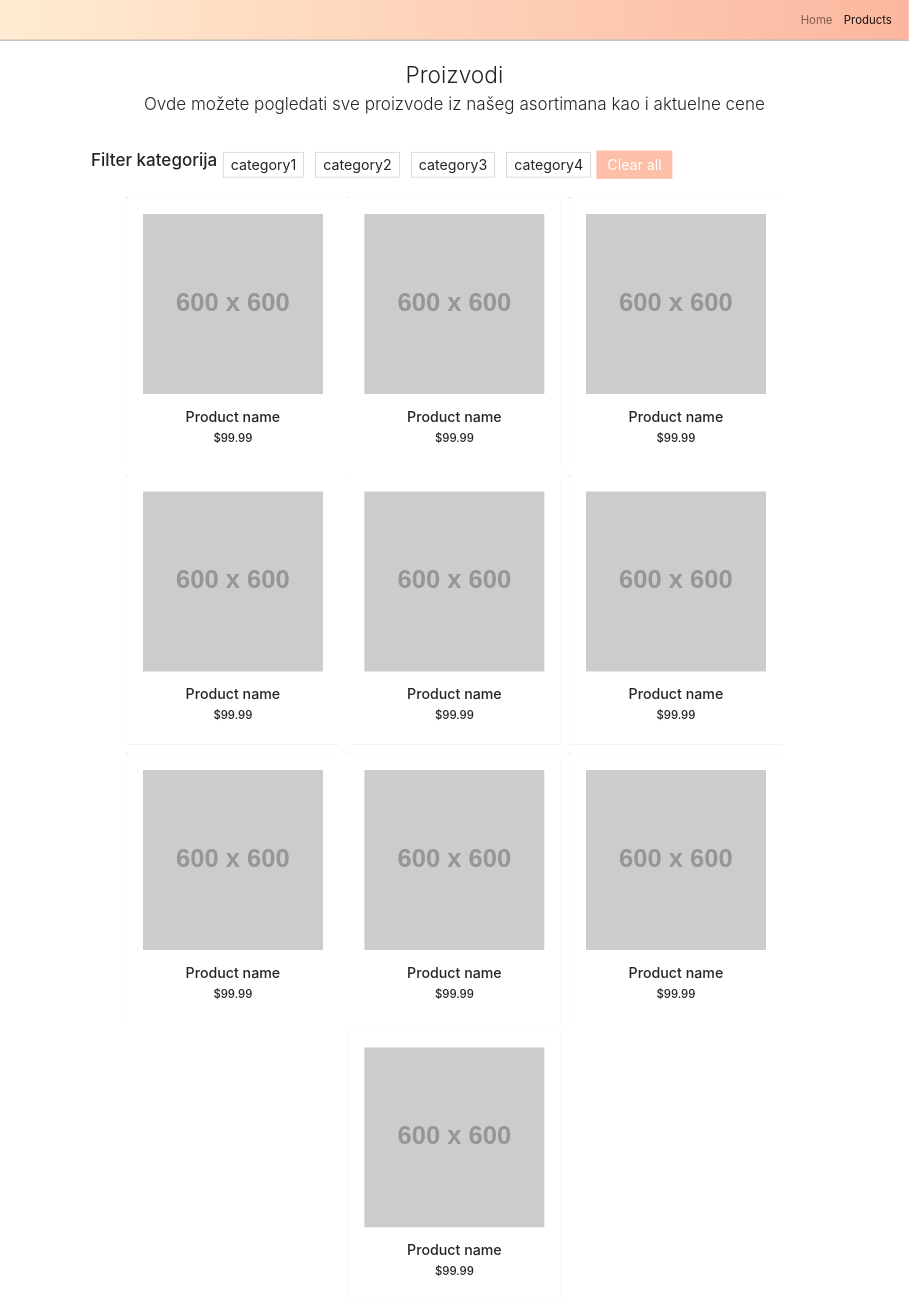
Repository: StevanFilipovic/TemplateForSinglepageWebsite
Page: products.html
These files come from the project's save history. The page is drawn as it stood at one moment and after the next save; the edit follows.
The browser window is 1280 px wide. The pictures show the whole page, at 71% of full size.
Some web libraries are served in a nearby version.

Above is the page before, as saved 2018-06-15 10:17:05.

### products.html
<!doctype html>
<html>
<head>
	<meta charset="utf-8">
	<title>One Page Scroll</title>
	<meta name="title" content="Website by Stevan" />
	<meta name="description" content="Proizvodi"/>
    <link rel="shortcut icon" id="favicon" href="">
    <meta name="viewport" content="initial-scale=1, width=device-width, maximum-scale=1, minimum-scale=1, user-scalable=no">
	<link href='http://fonts.googleapis.com/css?family=Open+Sans:300,400,700' rel='stylesheet' type='text/css'>
	<link href='http://fonts.googleapis.com/css?family=Pacifico:400' rel='stylesheet' type='text/css'>
	<script type="text/javascript" src="http://code.jquery.com/jquery-1.9.1.js"></script>
  <link href='products-page-style.css' rel='stylesheet' type='text/css'>
  <!-- Da bi koristili less potrebno je odkomentarisati donje dve linije i uraditi konverziju css-a i ubaciti u dole navedene fajlove -->
  <!-- <link rel="stylesheet/less" type="text/css" href="onepage-scrool.less" /> -->
  <!-- <link rel="stylesheet/less" type="text/css" href="styles.less" /> -->
  <!-- <script src="less.js" type="text/javascript"></script> -->
  <link rel="stylesheet" href="https://stackpath.bootstrapcdn.com/bootstrap/4.1.1/css/bootstrap.min.css" integrity="sha384-WskhaSGFgHYWDcbwN70/dfYBj47jz9qbsMId/iRN3ewGhXQFZCSftd1LZCfmhktB" crossorigin="anonymous">

<script>
    $(document).ready(function() {
  var $products = $('.grid-products'),
      $filters = $("#filters input[type='checkbox']"),
      product_filter = new ProductFilterLevel1($products, $filters);
  product_filter.init();
});

function ProductFilterLevel1(products, filters) {
  var _this = this;

  this.init = function() {
    this.products = products;
    this.filters = filters;
    this.bindEvents();
  };

  this.bindEvents = function() {
    this.filters.click(this.filterGridProducts);
    $('#none').click(this.removeAllFilters);
  };

  this.filterGridProducts = function() {
    _this.products.hide();
    var selectedFilters = _this.filters.filter(':checked');
    if (selectedFilters.length) {
      var selectedFiltersValues = [];
      selectedFilters.each(function() {
        var currentFilter = $(this);
        selectedFiltersValues.push("[data-" + currentFilter.attr('name') + "='" + currentFilter.val() + "']");
      });
      _this.products.filter(selectedFiltersValues.join(',')).show();
    } else {
      _this.products.show();
    }
  };

  this.removeAllFilters = function() {
    _this.filters.prop('checked', false);
    _this.products.show();
  }
}
</script>

</head>
<body>
        <div class="header">
                <nav class="navbar navbar-expand-lg navbar-light">
                  <!-- <a class="navbar-brand" href="#">Navbar</a> -->
                  <button class="navbar-toggler" type="button" data-toggle="collapse" data-target="#navbarNavDropdown" aria-controls="navbarNavDropdown" aria-expanded="false" aria-label="Toggle navigation">
                    <span class="navbar-toggler-icon"></span>
                  </button>
                  <div class="collapse navbar-collapse justify-content-end" id="navbarNavDropdown">
                    <ul class="navbar-nav">
                      <li class="nav-item ">
                        <a class="nav-link" href="index.html">Home </a>
                      </li>
                      <li class="nav-item active">
                        <a class="nav-link" href="products.html">Products<span class="sr-only">(current)</span></a>
                      </li>
                      </li>
                    </ul>
                  </div>
                </nav>
                </div>
<div class="intro-text">
    <h2>Proizvodi</h2>
    <h4>Ovde možete pogledati sve proizvode iz našeg asortimana kao i aktuelne cene</h4>
</div>
<div id="filters" class="products">
    <div class="filter-wrapper">
      <h4>Filter kategorija</h4>
      <label class="filter-container"><input type="checkbox" name="colour" id="category1" value="category1" ><span class="filters-title">category1</span></input></label>
      <label class="filter-container"><input type="checkbox" name="colour" id="category2" value="category2">category2</input></label>
      <label class="filter-container"><input type="checkbox" name="colour" id="category3" value="category3">category3</input></span></label>
      <label class="filter-container"><input type="checkbox" name="colour" id="category4" value="category4">category4</input></label>
    </div>
    <div>
      <input class="button-clear dugme" type="button" id="none" value="Clear all"></input>
    </div>
  </div>

          <section class="products">
                <div class="product-card grid-products" data-colour="category1">
                    <div class="product-image">
                        <img src="http://via.placeholder.com/600x600">
                    </div>
                    <div class="product-info">
                        <h5>Product name</h5>
                        <h6>$99.99</h6>
                    </div>
                </div>

                <div class="product-card grid-products" data-colour="category1">
                    <div class="product-image">
                        <img src="http://via.placeholder.com/600x600">
                    </div>
                    <div class="product-info">
                        <h5>Product name</h5>
                        <h6>$99.99</h6>
                    </div>
                </div>

                <div class="product-card grid-products" data-colour="category2">
                    <div class="product-image">
                        <img src="http://via.placeholder.com/600x600">
                    </div>
                    <div class="product-info">
                        <h5>Product name</h5>
                        <h6>$99.99</h6>
                    </div>
                </div>

                <div class="product-card grid-products" data-colour="category2">
                    <div class="product-image">
                        <img src="http://via.placeholder.com/600x600">
                    </div>
                    <div class="product-info">
                        <h5>Product name</h5>
                        <h6>$99.99</h6>
                    </div>
                </div>

                <div class="product-card grid-products" data-colour="category3">
                    <div class="product-image">
                        <img src="http://via.placeholder.com/600x600">
                    </div>
                    <div class="product-info">
                        <h5>Product name</h5>
                        <h6>$99.99</h6>
                    </div>
                </div>

                <div class="product-card grid-products" data-colour="category3">
                    <div class="product-image">
                        <img src="http://via.placeholder.com/600x600">
                    </div>
                    <div class="product-info">
                        <h5>Product name</h5>
                        <h6>$99.99</h6>
                    </div>
                </div>

                <div class="product-card grid-products" data-colour="category3">
                    <div class="product-image">
                        <img src="http://via.placeholder.com/600x600">
                    </div>
                    <div class="product-info">
                        <h5>Product name</h5>
                        <h6>$99.99</h6>
                    </div>
                </div>

                <div class="product-card grid-products" data-colour="category4">
                    <div class="product-image">
                        <img src="http://via.placeholder.com/600x600">
                    </div>
                    <div class="product-info">
                        <h5>Product name</h5>
                        <h6>$99.99</h6>
                    </div>
                </div>

                <div class="product-card grid-products" data-colour="category4">
                    <div class="product-image">
                        <img src="http://via.placeholder.com/600x600">
                    </div>
                    <div class="product-info">
                        <h5>Product name</h5>
                        <h6>$99.99</h6>
                    </div>
                </div>

                <div class="product-card grid-products" data-colour="category4">
                    <div class="product-image">
                        <img src="http://via.placeholder.com/600x600">
                    </div>
                    <div class="product-info">
                        <h5>Product name</h5>
                        <h6>$99.99</h6>
                    </div>
                </div>

            </section>

</body>
</html>

### products-page-style.css
.header{
    background-image: linear-gradient(to right, #ffecd2 0%, #fcb69f 100%);
    border-bottom: 1px solid gray;
}
.intro-text{
  margin: 30px auto 50px;
}
.intro-text h2, .intro-text h4{
  text-align: center;
    font-weight: 300;
}
.products {
	display: flex;
    flex-wrap: wrap;
    width: 90%;
    margin: auto;
    justify-content: center;
}
#filters{
  margin-bottom: 20px;
  justify-content: start;
  width: 80%;
}

.product-card {
	display: flex;
	flex-direction: column;
    max-width: 300px;
	padding: 2%;
  /* flex: 1 16%; */
  margin: 6px;

	background-color: #FFF;
	box-shadow: 0px 0px 1px 0px rgba(0,0,0,0.25);
}

.product-image img {
	width: 100%;
}

.product-info {
	margin-top: auto;
	padding-top: 20px;
	text-align: center;
}

@media ( max-width: 920px ) {

	/* .product-card {
		flex: 1 21%;
	} */

	/* .products .product-card:first-child,
	.products .product-card:nth-child(2) {
		flex: 2 46%;
	} */

}

@media ( max-width: 600px ) {

	/* .product-card {
		flex: 1 46%;
	} */

}

@media ( max-width: 480px ) {

	h1 {
		margin-bottom: 20px;
	}

	.product-filter {
		flex-direction: column;
	}

	.sort {
		align-self: flex-start;
	}

}


/* Checkmark */

/* Customize the label (the container) */
.filter-container {
    display: block;
    position: relative;
    margin: auto 8px;
    cursor: pointer;
    font-size: 20px;
    -webkit-user-select: none;
    -moz-user-select: none;
    -ms-user-select: none;
    user-select: none;
    border: 1px solid #cccccc;
    padding: 2px 10px;
  }


.filter-category{
  border: 1px solid #cccccc;
  padding: 2px 10px;
  margin: auto 8px;
}

.dugme:focus{
  background: blue;
}

  /* Hide the browser's default checkbox */
  .filter-container input {
    position: absolute;
    opacity: 0;
    cursor: pointer;
  }

  /* Create a custom checkbox */
  .checkmark {
    position: absolute;
    top: 0;
    left: 0;
    height: 30px;
    width: 30px;
    background-color: #eee;
    display: none;
  }

  /* On mouse-over, add a grey background color */
  .filter-container:hover input ~ .checkmark {
    background-color: #ccc;
  }

  /* When the checkbox is checked, add a blue background */
  .filter-container input:checked ~ .checkmark {
    background-color: #fdbfa7;
  }

  /* Create the checkmark/indicator (hidden when not checked) */
  .checkmark:after {
    content: "";
    position: absolute;
    display: none;
  }

  /* Show the checkmark when checked */
  .filter-container input:checked ~ .checkmark:after {
    display: block;
  }

  /* Style the checkmark/indicator */
  .filter-container .checkmark:after {
    left: 9px;
    top: 5px;
    width: 10px;
    height: 15px;
    border: solid white;
    border-width: 0 3px 3px 0;
    -webkit-transform: rotate(45deg);
    -ms-transform: rotate(45deg);
    transform: rotate(45deg);
  }

  .filter-wrapper{
      display: contents;
      margin-bottom: 15px;
  }

  .button-clear{
    background: #FDBFA7;
    font-size: 20px;
    color: white;
    border-style: none;
    cursor: pointer;
    padding: 5px 15px;
  }

After the next save:
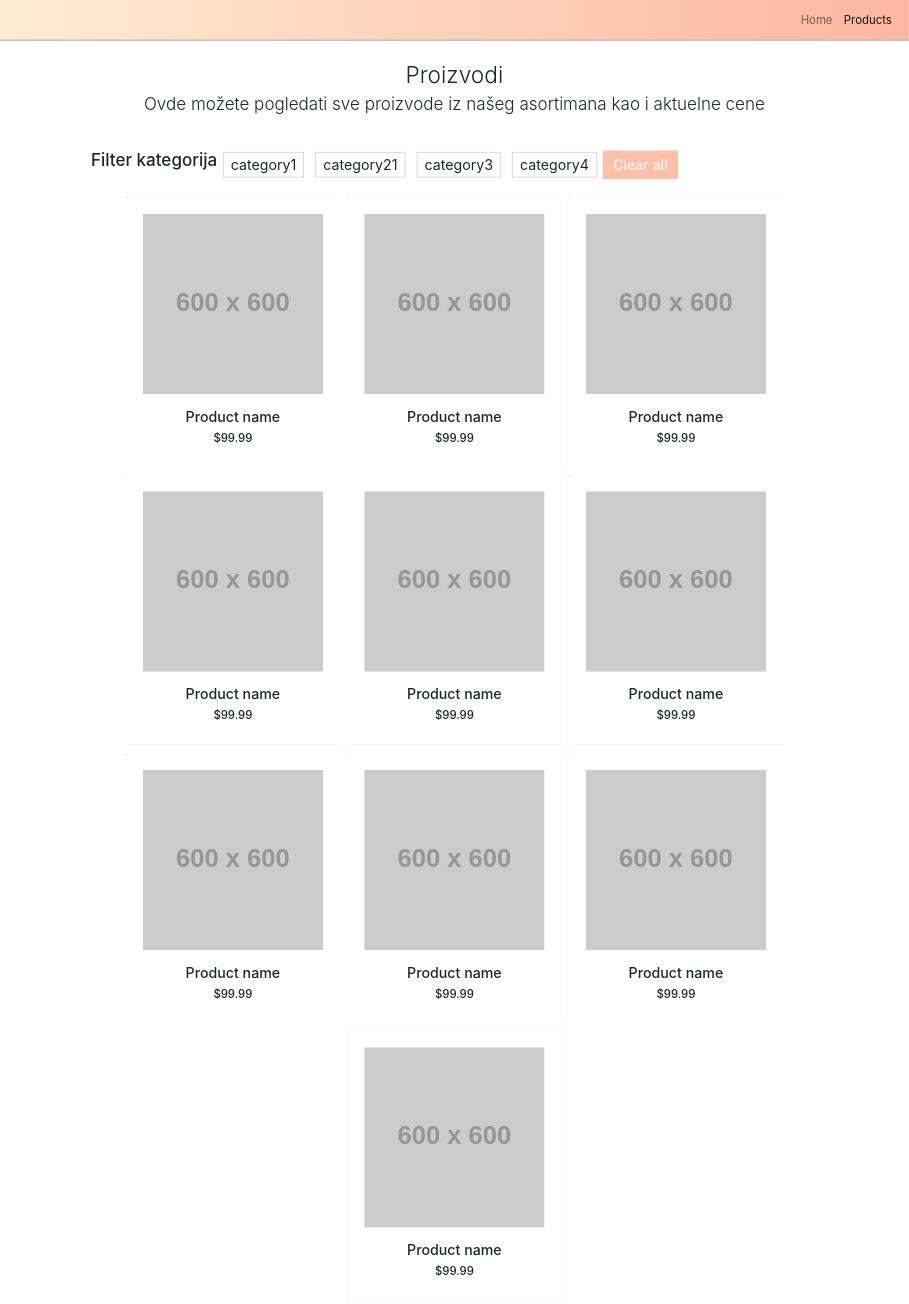
Saved 11 min 7 s later.
--- a/products.html
+++ b/products.html
@@ -90,9 +90,9 @@
     <div class="filter-wrapper">
       <h4>Filter kategorija</h4>
       <label class="filter-container"><input type="checkbox" name="colour" id="category1" value="category1" ><span class="filters-title">category1</span></input></label>
-      <label class="filter-container"><input type="checkbox" name="colour" id="category2" value="category2">category2</input></label>
-      <label class="filter-container"><input type="checkbox" name="colour" id="category3" value="category3">category3</input></span></label>
-      <label class="filter-container"><input type="checkbox" name="colour" id="category4" value="category4">category4</input></label>
+      <label class="filter-container"><input type="checkbox" name="colour" id="category2" value="category2"><span class="filters-title">category21</span></input></label>
+      <label class="filter-container"><input type="checkbox" name="colour" id="category3" value="category3"><span class="filters-title">category3</span></input></span></label>
+      <label class="filter-container"><input type="checkbox" name="colour" id="category4" value="category4"><span class="filters-title">category4</span></input></label>
     </div>
     <div>
       <input class="button-clear dugme" type="button" id="none" value="Clear all"></input>

After the 2 saves that followed:
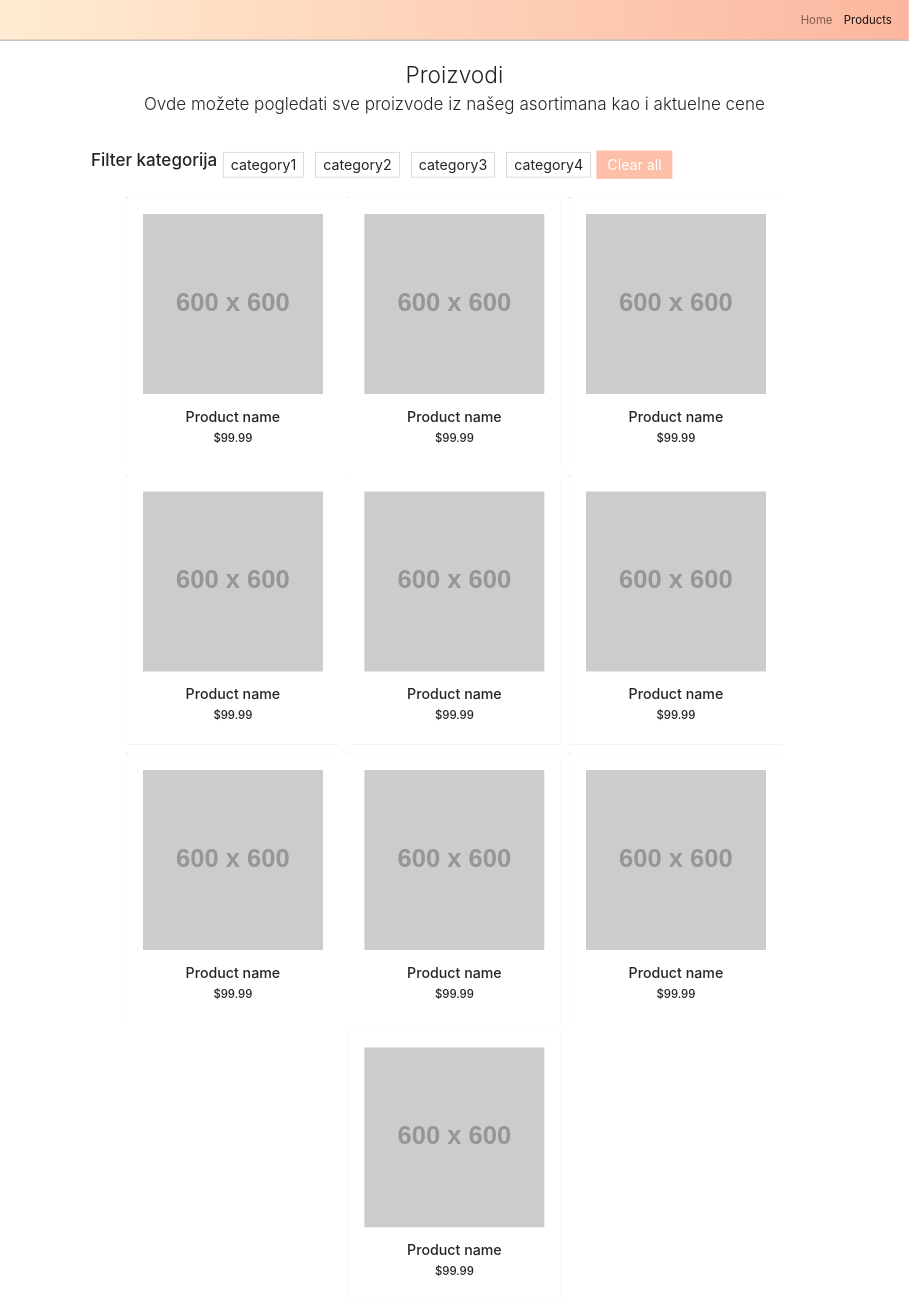
The 2 saves are shown as one change because 1 left the picture as it was.
The last was saved 64 s later.
--- a/products.html
+++ b/products.html
@@ -90,8 +90,8 @@
     <div class="filter-wrapper">
       <h4>Filter kategorija</h4>
       <label class="filter-container"><input type="checkbox" name="colour" id="category1" value="category1" ><span class="filters-title">category1</span></input></label>
-      <label class="filter-container"><input type="checkbox" name="colour" id="category2" value="category2"><span class="filters-title">category21</span></input></label>
-      <label class="filter-container"><input type="checkbox" name="colour" id="category3" value="category3"><span class="filters-title">category3</span></input></span></label>
+      <label class="filter-container"><input type="checkbox" name="colour" id="category2" value="category2"><span class="filters-title">category2</span></input></label>
+      <label class="filter-container"><input type="checkbox" name="colour" id="category3" value="category3"><span class="filters-title">category3</span></input></label>
       <label class="filter-container"><input type="checkbox" name="colour" id="category4" value="category4"><span class="filters-title">category4</span></input></label>
     </div>
     <div>
